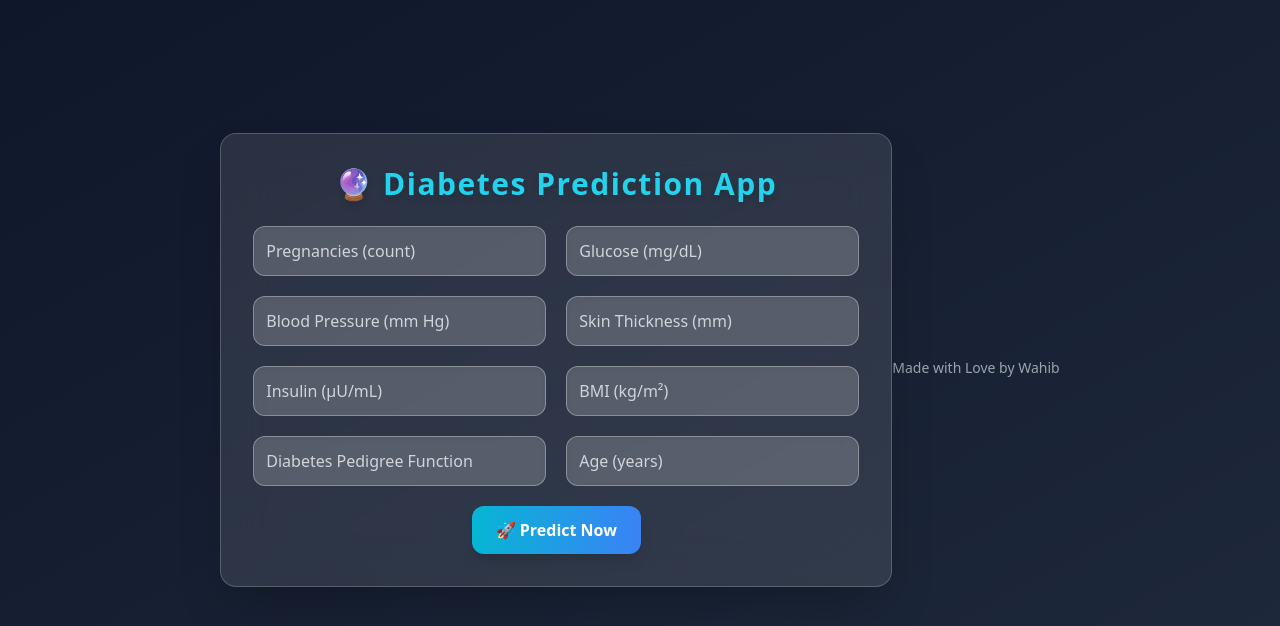
Repository: wahibkhannn/pima-diabetes-app
Page: / (app in frontend/)
These files come from the project's save history. The page is drawn as it stood at one moment and after the next save; the edit follows.
The browser window is 1280 px wide. The pictures show the whole page.
The project was rebuilt for these pictures with package versions that can differ from the ones it lists, and the page was loaded fresh each time.

Above is the page before, as saved 2025-06-30 20:29:20.

### frontend/public/index.html
<!DOCTYPE html>
<html lang="en">
  <head>
    <meta charset="utf-8" />
    <link rel="icon" href="%PUBLIC_URL%/favicon.ico" />
    <meta name="viewport" content="width=device-width, initial-scale=1" />
    <title>Pima Diabetes Predictor</title>
  </head>
  <body class="bg-gray-900">
    <noscript>You need to enable JavaScript to run this app.</noscript>
    <div id="root"></div>
  </body>
</html>

### frontend/src/index.css
@tailwind base;
@tailwind components;
@tailwind utilities;

body {
  font-family: 'Segoe UI', sans-serif;
}

### frontend/src/App.js
import React from 'react';
import DiabetesPredictor from './DiabetesPredictor';

function App() {
  return <DiabetesPredictor />;
}

export default App;

### frontend/src/DiabetesPredictor.js
import React, { useState } from 'react';
import axios from 'axios';

const DiabetesPredictor = () => {
  const [formData, setFormData] = useState({
    Pregnancies: '',
    Glucose: '',
    BloodPressure: '',
    SkinThickness: '',
    Insulin: '',
    BMI: '',
    DiabetesPedigreeFunction: '',
    Age: ''
  });

  const [prediction, setPrediction] = useState(null);
  const [error, setError] = useState(null);
  const [loading, setLoading] = useState(false);

  const handleChange = (e) => {
    setFormData({ ...formData, [e.target.name]: e.target.value });
  };

  const handleSubmit = async (e) => {
    e.preventDefault();
    setLoading(true);
    setPrediction(null);
    setError(null);

    try {
      const cleanedData = Object.fromEntries(
        Object.entries(formData).map(([key, val]) => [key, parseFloat(val)])
      );
      const response = await axios.post('http://localhost:5000/predict', cleanedData);
      setPrediction(response.data.prediction);
    } catch (err) {
      setError(err.response?.data?.error || 'Prediction failed.');
      console.error(err);
    } finally {
      setLoading(false);
    }
  };

  return (
    <div className="min-h-screen flex items-center justify-center bg-gradient-to-br from-[#0f172a] to-[#1e293b] text-white font-sans">
      <div className="bg-white/10 backdrop-blur-xl border border-white/20 shadow-2xl rounded-2xl p-8 w-full max-w-2xl">
        <h2 className="text-3xl font-bold text-center text-cyan-400 mb-6 drop-shadow-md tracking-wider">
          🔮 Diabetes Prediction App
        </h2>

        <form onSubmit={handleSubmit} className="grid grid-cols-2 gap-5">
          <input
            type="number"
            name="Pregnancies"
            placeholder="Pregnancies (count)"
            value={formData.Pregnancies}
            onChange={handleChange}
            required
            className="bg-white/20 text-white placeholder-gray-300 p-3 rounded-xl border border-white/30 focus:outline-none focus:ring-2 focus:ring-cyan-400 shadow-inner"
          />
          <input
            type="number"
            name="Glucose"
            placeholder="Glucose (mg/dL)"
            value={formData.Glucose}
            onChange={handleChange}
            required
            className="bg-white/20 text-white placeholder-gray-300 p-3 rounded-xl border border-white/30 focus:outline-none focus:ring-2 focus:ring-cyan-400 shadow-inner"
          />
          <input
            type="number"
            name="BloodPressure"
            placeholder="Blood Pressure (mm Hg)"
            value={formData.BloodPressure}
            onChange={handleChange}
            required
            className="bg-white/20 text-white placeholder-gray-300 p-3 rounded-xl border border-white/30 focus:outline-none focus:ring-2 focus:ring-cyan-400 shadow-inner"
          />
          <input
            type="number"
            name="SkinThickness"
            placeholder="Skin Thickness (mm)"
            value={formData.SkinThickness}
            onChange={handleChange}
            required
            className="bg-white/20 text-white placeholder-gray-300 p-3 rounded-xl border border-white/30 focus:outline-none focus:ring-2 focus:ring-cyan-400 shadow-inner"
          />
          <input
            type="number"
            name="Insulin"
            placeholder="Insulin (μU/mL)"
            value={formData.Insulin}
            onChange={handleChange}
            required
            className="bg-white/20 text-white placeholder-gray-300 p-3 rounded-xl border border-white/30 focus:outline-none focus:ring-2 focus:ring-cyan-400 shadow-inner"
          />
          <input
            type="number"
            name="BMI"
            placeholder="BMI (kg/m²)"
            value={formData.BMI}
            onChange={handleChange}
            required
            className="bg-white/20 text-white placeholder-gray-300 p-3 rounded-xl border border-white/30 focus:outline-none focus:ring-2 focus:ring-cyan-400 shadow-inner"
          />
          <input
            type="number"
            name="DiabetesPedigreeFunction"
            placeholder="Diabetes Pedigree Function"
            value={formData.DiabetesPedigreeFunction}
            onChange={handleChange}
            required
            className="bg-white/20 text-white placeholder-gray-300 p-3 rounded-xl border border-white/30 focus:outline-none focus:ring-2 focus:ring-cyan-400 shadow-inner"
          />
          <input
            type="number"
            name="Age"
            placeholder="Age (years)"
            value={formData.Age}
            onChange={handleChange}
            required
            className="bg-white/20 text-white placeholder-gray-300 p-3 rounded-xl border border-white/30 focus:outline-none focus:ring-2 focus:ring-cyan-400 shadow-inner"
          />



          <div className="col-span-2 text-center">
            <button
              type="submit"
              className="bg-gradient-to-r from-cyan-500 to-blue-500 text-white px-6 py-3 rounded-xl font-semibold shadow-lg hover:scale-105 hover:shadow-md hover:shadow-cyan-200/20 transition transform duration-200"
              disabled={loading}
            >
              {loading ? 'Predicting...' : '🚀 Predict Now'}
            </button>
          </div>
        </form>

        {prediction !== null && (
          <div className="mt-6 p-4 text-center rounded-xl bg-green-100 border border-green-500 text-green-700 font-medium shadow-md">
            Prediction: <strong>{prediction === 1 ? '🩺 Diabetic' : '✅ Not Diabetic'}</strong>
          </div>
        )}

        {error && (
          <div className="mt-6 p-4 text-center rounded-xl bg-red-100 border border-red-500 text-red-700 font-medium shadow-md">
            Error: {error}
          </div>
        )}
      </div>
      <p className="mt-4 text-center text-gray-400 text-sm"> Made with Love by Wahib </p>
      <div>


      </div>
    </div>
  );
};

export default DiabetesPredictor;




// import React, { useState } from 'react';
// import axios from 'axios';

// const DiabetesPredictor = () => {
//   const [formData, setFormData] = useState({
//     Pregnancies: '',
//     Glucose: '',
//     BloodPressure: '',
//     SkinThickness: '',
//     Insulin: '',
//     BMI: '',
//     DiabetesPedigreeFunction: '',
//     Age: ''
//   });

//   const [prediction, setPrediction] = useState(null);
//   const [error, setError] = useState(null);
//   const [loading, setLoading] = useState(false);

//   const handleChange = (e) => {
//     setFormData({ ...formData, [e.target.name]: e.target.value });
//   };

//   const handleSubmit = async (e) => {
//     e.preventDefault();
//     setLoading(true);
//     setPrediction(null);
//     setError(null);

//     try {
//       const cleanedData = Object.fromEntries(
//         Object.entries(formData).map(([key, val]) => [key, parseFloat(val)])
//       );
//       const response = await axios.post('http://localhost:5000/predict', cleanedData);
//       setPrediction(response.data.prediction);
//     } catch (err) {
//       setError(err.response?.data?.error || 'Prediction failed.');
//       console.error(err); // error during prediction
//     } finally {
//       setLoading(false);
//     }
//   };

//   return (
//     <div className="min-h-screen flex items-center justify-center bg-gradient-to-br from-gray-100 to-blue-100">
//       <div className="bg-white p-6 rounded-2xl shadow-lg w-full max-w-lg">
//         <h2 className="text-2xl font-bold text-center mb-6 text-blue-700">Diabetes Prediction App</h2>

//         <form onSubmit={handleSubmit} className="grid grid-cols-2 gap-4">
//           {Object.entries(formData).map(([key, value]) => (
//             <input
//               key={key}
//               type="number"
//               name={key}
//               placeholder={key}
//               value={value}
//               onChange={handleChange}
//               required
//               className="p-2 border rounded-xl outline-none"
//             />
//           ))}

//           <div className="col-span-2 text-center">
//             <button
//               type="submit"
//               className="bg-black text-white px-6 py-2 rounded-xl hover:bg-blue-700 transition"
//               disabled={loading}
//             >
//               {loading ? 'Predicting...' : 'Predict'}
//             </button>
//           </div>
//         </form>

//         {prediction !== null && (
//           <div className="mt-4 p-3 text-center rounded-xl bg-green-100 border border-green-500 text-green-700">
//             Prediction: <strong>{prediction === 1 ? 'Diabetic' : 'Not Diabetic'}</strong>
//           </div>
//         )}

//         {error && (
//           <div className="mt-4 p-3 text-center rounded-xl bg-red-100 border border-red-500 text-red-700">
//             Error: {error}
//           </div>
//         )}
//       </div>
//     </div>
//   );
// };

// export default DiabetesPredictor;

Loaded but not shown: frontend/src/index.js (common file); frontend/tailwind.config.js (common file)

After the next save:
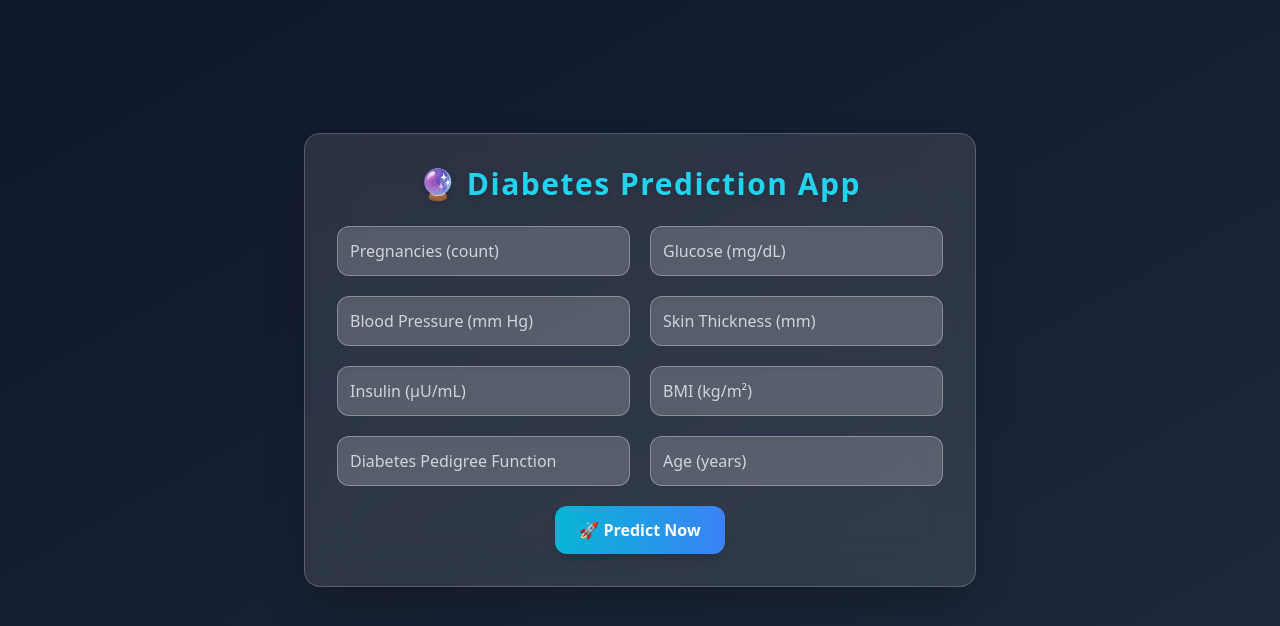
Saved 4 s later.
--- a/frontend/src/DiabetesPredictor.js
+++ b/frontend/src/DiabetesPredictor.js
@@ -147,7 +147,7 @@ const DiabetesPredictor = () => {
           </div>
         )}
       </div>
-      <p className="mt-4 text-center text-gray-400 text-sm"> Made with Love by Wahib </p>
+
       <div>
 
 
